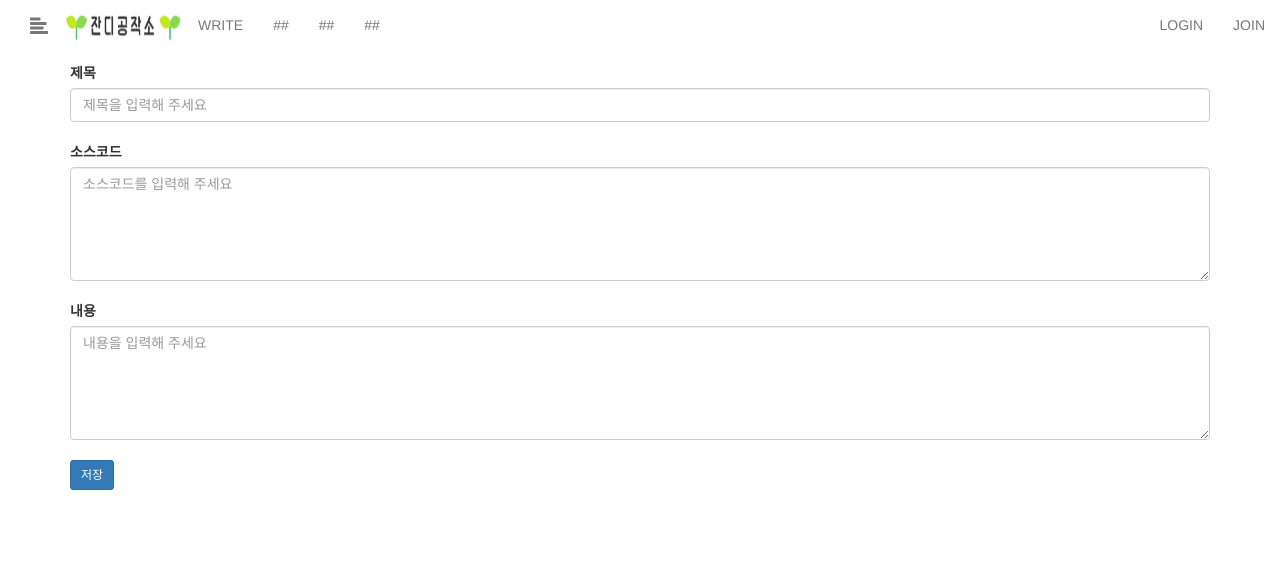
Repository: guddus326/Grass_Farm
Page: http://localhost/Grass_Farm/Write.jsp
These files come from the project's save history. The page is drawn as it stood at one moment and after the next save; the edit follows.
The browser window is 1280 px wide. The pictures show the whole page.
The page is served by Tomcat 9. Other server files are loaded and not shown.

Above is the page before, as saved 2020-10-03 06:34:15.

### Grass_Farm/Grass_Farm/WebContent/Write.jsp
<%@ page language="java" contentType="text/html; charset=UTF-8"
	pageEncoding="UTF-8"%>
<%@ page import="java.io.PrintWriter"%>
<!DOCTYPE html>
<html>
<head>
<meta http-equiv="Content-Type" content="text/html; charset=UTF-8">
<meta name="viewport" content="width=device-width" initial-scale="1">
 <link rel="stylesheet" href="css/bootstrap.min.css">

<title>오늘의 잔디</title>
<style>
 <style>
        body { padding-top: 50px; }
      	.navbar-fixed-top{
      		background-color: white;
      	}
        .page-header{
            font-family: 'Playfair Display', serif;
            text-align: left;
        }
		</style>
</style>
</head>
<body>
<%
		//로그인 한사람이라면	 userID라는 변수에 해당 아이디가 담기고 그렇지 않으면 null값
		String userID = null;
		if (session.getAttribute("userID") != null) {
			userID = (String) session.getAttribute("userID");
		}
%>
 <nav class="navbar-fixed-top navbar-default">
        <div class="container-fluid">
            <div class="navbar-header">
                <a class="navbar-brand" href="#">
                    <span class="glyphicon glyphicon-align-left" aria-hidden="true"></span>
                </a>
             </div>
			<div class="navbar-header">
            <a href="Index.jsp"><img alt="Brand" width=120px; height=40px;" style="margin-top: 8px;" src="./img/logo.JPG"></a>
			</div>

          <!-- Collect the nav links, forms, and other content for toggling -->
          <div class="collapse navbar-collapse" id="bs-example-navbar-collapse-1">
           	<ul class="nav navbar-nav">
              <li><a href="Write.jsp">WRITE</a></li>
              <li><a href="#">##</a></li>
              <li><a href="#">##</a></li>
              <li><a href="#">##</a></li>
            </ul>

            <%
            	if(userID==null){
            %>
            <ul class="nav navbar-nav navbar-right">
              <li><a href="Login.jsp">LOGIN</a></li>
              <li><a href="Join.jsp">JOIN</a></li>
            </ul>
            <%
            	}else{
            %>
            <ul class="nav navbar-nav navbar-right">
              <li><a href="LogoutAction.jsp">LOGOUT</a></li>
            </ul>
            <%
            	}
            %>
          </div><!-- /.navbar-collapse -->
        </div><!-- /.container-fluid -->
    </nav>
	<article>
		<div class="container" role="main">
			<h2>board Form</h2>
			<form method="post" action="WriteAction.jsp">
				<div class="mb-3">
					<label for="title">제목</label>
					<input type="text" class="form-control" name="bbsTitle" placeholder="제목을 입력해 주세요"><br>
				</div>
				<div class="mb-3">
					<label for="content">소스코드</label>
				    <textarea class="form-control" rows="5" name="bbsSource" placeholder="소스코드를 입력해 주세요" ></textarea><br>
				</div>
				<div class="mb-3">
					<label for="content">내용</label>
					<textarea class="form-control" rows="5" name="bbsContent" placeholder="내용을 입력해 주세요" ></textarea><br>
				</div>

				<div >
					<button type="submit" class="btn btn-sm btn-primary" id="btnSave">저장</button>
				</div>
		</form>


		</div>
	</article>
</body>
</html>

Loaded but not shown: Grass_Farm/Grass_Farm/WebContent/css/bootstrap.min.css (library)

After the next save:
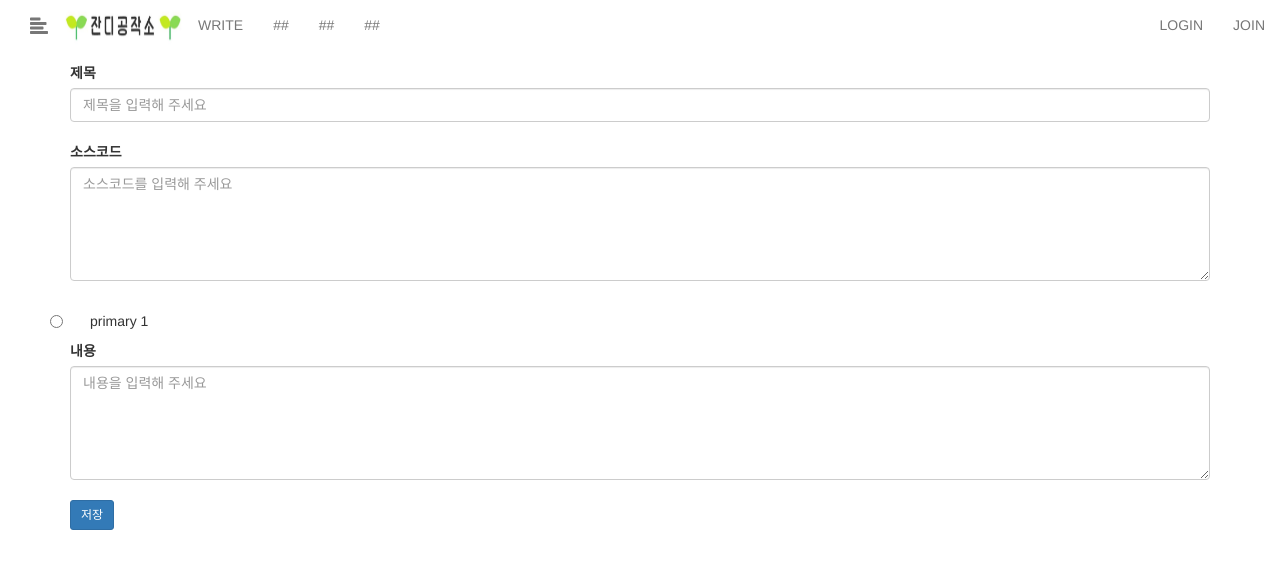
Saved 22 h 3 min later.
--- a/Grass_Farm/Grass_Farm/WebContent/Write.jsp
+++ b/Grass_Farm/Grass_Farm/WebContent/Write.jsp
@@ -81,6 +81,12 @@
 					<label for="content">소스코드</label>
 				    <textarea class="form-control" rows="5" name="bbsSource" placeholder="소스코드를 입력해 주세요" ></textarea><br>
 				</div>
+
+				<div class="radio icheck-primary">
+  					<input type="radio" id="primary1" name="primary" />
+  					<label for="primary1">primary 1</label>
+				</div>
+
 				<div class="mb-3">
 					<label for="content">내용</label>
 					<textarea class="form-control" rows="5" name="bbsContent" placeholder="내용을 입력해 주세요" ></textarea><br>
